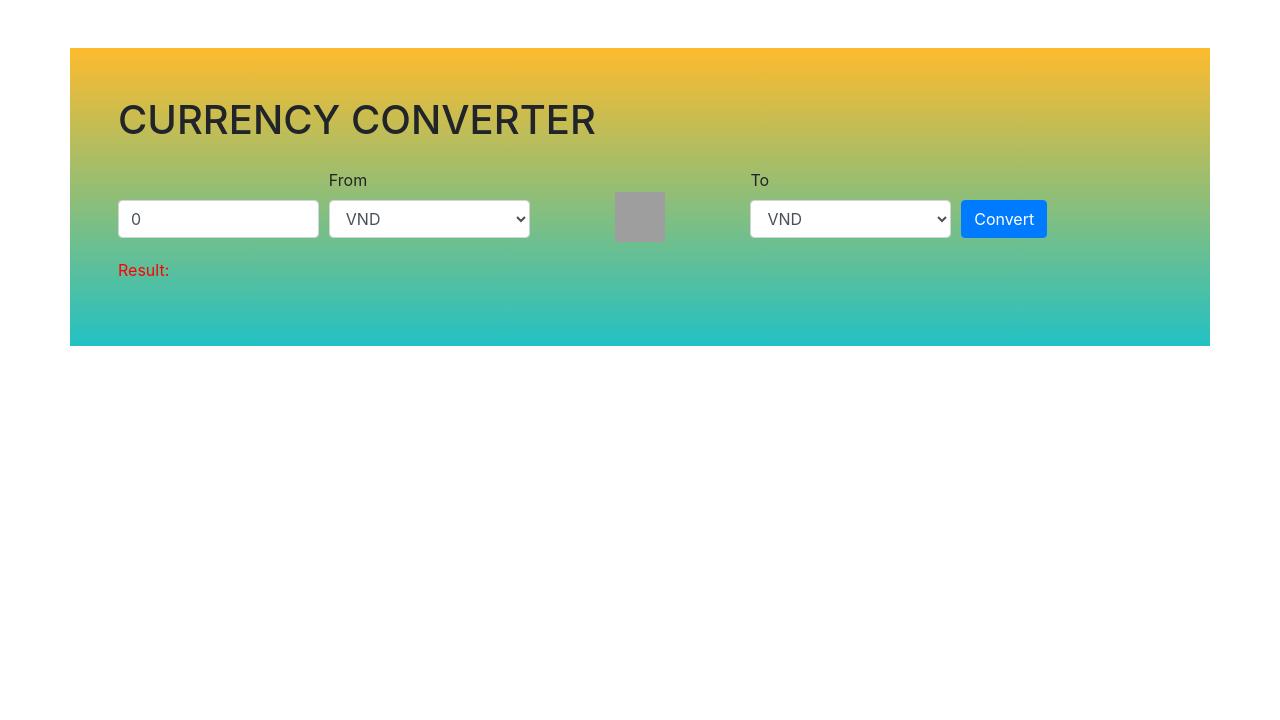
Repository: tts2610/MoneyConverter
Page: index.html
The author's editor kept a copy of each file at every save. The page is drawn from the files as they stood at one save, then again after the next save.
The browser window is 1280 px wide. The pictures show the whole page.
Pictures or frames that could not be fetched are drawn as grey boxes.

Above is the page before, as saved 2020-05-11 20:59:13.

### index.html
<!DOCTYPE html>
<html lang="en">

<head>
    <meta charset="UTF-8">
    <meta name="viewport" content="width=device-width, initial-scale=1.0">
    <title>Document</title>
    <link rel="stylesheet" href="https://maxcdn.bootstrapcdn.com/bootstrap/4.4.1/css/bootstrap.min.css">

    <!-- jQuery library -->
    <script src="https://ajax.googleapis.com/ajax/libs/jquery/3.4.1/jquery.min.js"></script>

    <!-- Popper JS -->
    <script src="https://cdnjs.cloudflare.com/ajax/libs/popper.js/1.16.0/umd/popper.min.js"></script>

    <!-- Latest compiled JavaScript -->
    <script src="https://maxcdn.bootstrapcdn.com/bootstrap/4.4.1/js/bootstrap.min.js"></script>

</head>

<body>

    <form class="container my-5 px-5 py-5" style="
    background: rgb(34,193,195);
    background: linear-gradient(0deg, rgba(34,193,195,1) 0%, rgba(253,187,45,1) 100%);
">
        <h1 class="mx-auto">CURRENCY CONVERTER</h1>
        <div class="form-row justify-content-md-center">
            <div class="col mt-5">
                <input type="number" class="form-control" placeholder="Amount" id="amount">
            </div>
            <div class="col mt-3">
                <label>From</label>
                <select class="form-control" id="fromCurrency">
            </select>
            </div>
            <div class="col mt-4 py-3" style="display: flex;justify-content: center; cursor: pointer;" onClick="swap()">
                <img src="https://cdn3.iconfinder.com/data/icons/basic-interface/100/update-512.png" width="50px" height="50px">
            </div>
            <div class="col mt-3">
                <label>To</label>
                <select class="form-control" id="toCurrency">
            </select>

            </div>
            <div class="col mt-5">
                <button type="button" class="btn btn-primary mb-2" onClick="submitAmount()">Convert</button>
            </div>
        </div>
        <p id="result" style="color: red;">Result:</p>
    </form>
    <script src="js/script.js"></script>
    <script>
    </script>
</body>

</html>

### js/script.js
/*dic = {
    fromCurrency:{
        toCurrency:[currencyRatio,locale,currencySymbol],
        toCurrency:[currencyRatio,locale,currencySymbol],
        toCurrency:[currencyRatio,locale,currencySymbol],
        .....
    },
    fromCurrency:
        .....
}*/
let dic = {
    "vnd": { "usd": [1 / 23206, "en", "USD"], "jpy": [1 / 216.703, "ja-JP", "JPY"], "krw": [1 / 18.9136, "krw", "KRW"], "idr": [1 / 1.55505, "idr", "idr"], "eur": [1 / 25111, "de-DE", "EUR"], "vnd": [1, "vi", "VND"] },
    "usd": { "vnd": [23206, "vi", "VND"], "jpy": [107.297, "ja-JP", "JPY"], "krw": [1223.80, "krw", "KRW"], "idr": [14904, "idr", "idr"], "eur": [1 / 1.08207, "de-DE", "EUR"], "usd": [1, "en", "USD"] },
    "jpy": { "vnd": [216.703, "vi", "VND"], "usd": [1 / 107.297, "en", "USD"], "krw": [11.4099, "krw", "KRW"], "idr": [138.937, "idr", "idr"], "eur": [1 / 116.054, "de-DE", "EUR"], "jpy": [1, "ja-JP", "JPY"] },
    "krw": { "vnd": [18.9136, "vi", "VND"], "usd": [1 / 1224.06, "en", "USD"], "jpy": [1 / 11.4096, "ja-JP", "JPY"], "idr": [12.1833, "idr", "idr"], "eur": [1 / 1323.75, "de-DE", "EUR"], "krw": [1, "krw", "KRW"] },
    "idr": { "vnd": [1.55505, "vi", "VND"], "usd": [1 / 14910, "en", "USD"], "jpy": [1 / 138.985, "ja-JP", "JPY"], "krw": [1 / 12.1818, "krw", "KRW"], "eur": [1 / 16134.84, "de-DE", "EUR"], "idr": [1, "idr", "idr"] },
    "eur": { "vnd": [25081, "vi", "VND"], "usd": [1.08207, "en", "USD"], "jpy": [116.054, "ja-JP", "JPY"], "idr": [16129, "idr", "idr"], "krw": [1323.75, "krw", "KRW"], "eur": [1, "de-DE", "EUR"] },
}
let isValid = false;
let from = null;
let to = null;
let amount = 0;
var fromCurrency = null;
var toCurrency = null;
$(document).ready(function() {
    fromCurrency = document.getElementById("fromCurrency");
    toCurrency = document.getElementById("toCurrency");
    document.getElementById("amount").value = 0;
    let selectList = Object.keys(dic);
    selectList.forEach(element => {
        var option = document.createElement("option");
        option.text = element.toUpperCase();
        fromCurrency.add(option);
    })
    selectList.forEach(element => {
        var option = document.createElement("option");
        option.text = element.toUpperCase();
        toCurrency.add(option);
    })

});

function swap() {
    var x = fromCurrency.value;
    fromCurrency.value = toCurrency.value;
    toCurrency.value = x;
}

function submitAmount() {
    amount = document.getElementById("amount").value;
    from = fromCurrency.value.toLowerCase();
    to = toCurrency.value.toLowerCase();
    document.getElementById("result").innerText = "Result: " + convert(from, to);
    document.getElementById("result").style.color = "red"
}

// conversion
function convert(from, to) {
    let currencyRatio = dic[from][to][0];
    let locale = dic[from][to][1];
    let currency = dic[from][to][2];
    let res = (amount * currencyRatio);
    return new Intl.NumberFormat(locale, { style: 'currency', currency: currency, maximumSignificantDigits: 3 }).format(res);
}

After the next save:
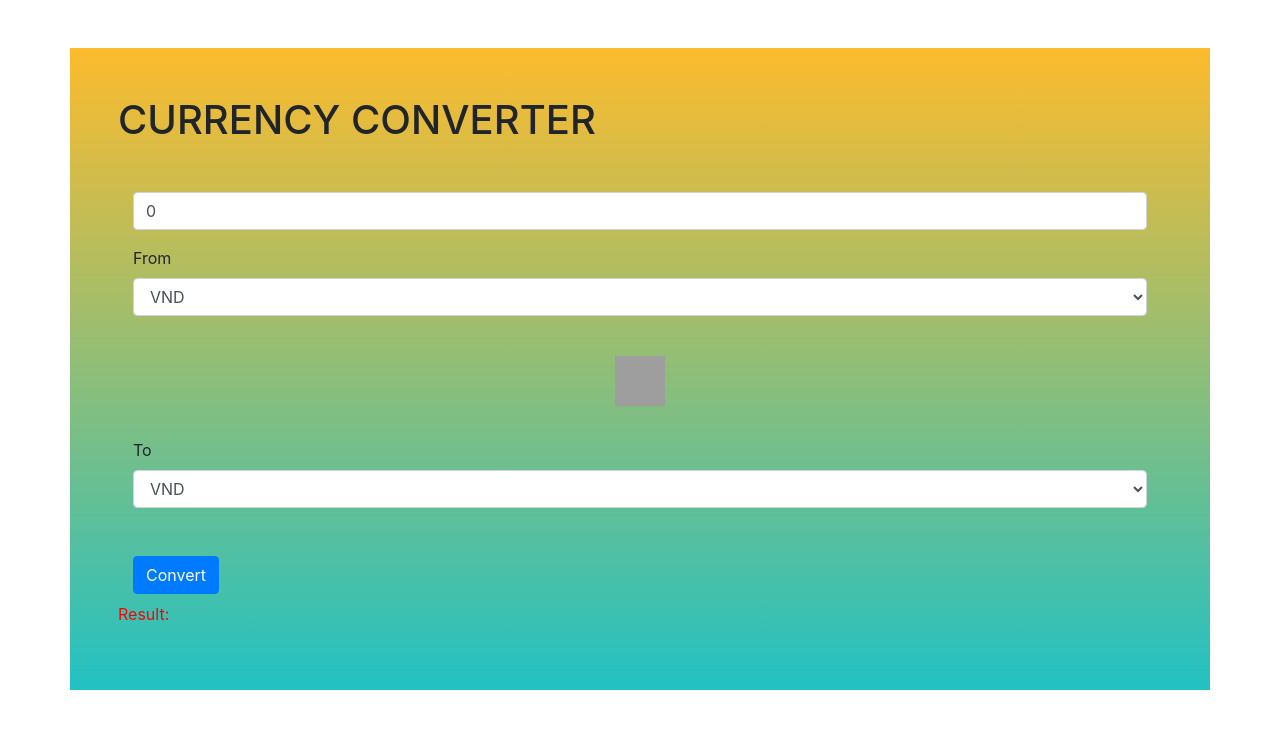
Saved 4 min 21 s later.
--- a/index.html
+++ b/index.html
@@ -25,7 +25,7 @@
     background: linear-gradient(0deg, rgba(34,193,195,1) 0%, rgba(253,187,45,1) 100%);
 ">
         <h1 class="mx-auto">CURRENCY CONVERTER</h1>
-        <div class="form-row justify-content-md-center">
+        <div class="class=" form-row justify-content-md-center px-5 mx-5 "">
             <div class="col mt-5">
                 <input type="number" class="form-control" placeholder="Amount" id="amount">
             </div>

After the save that followed:
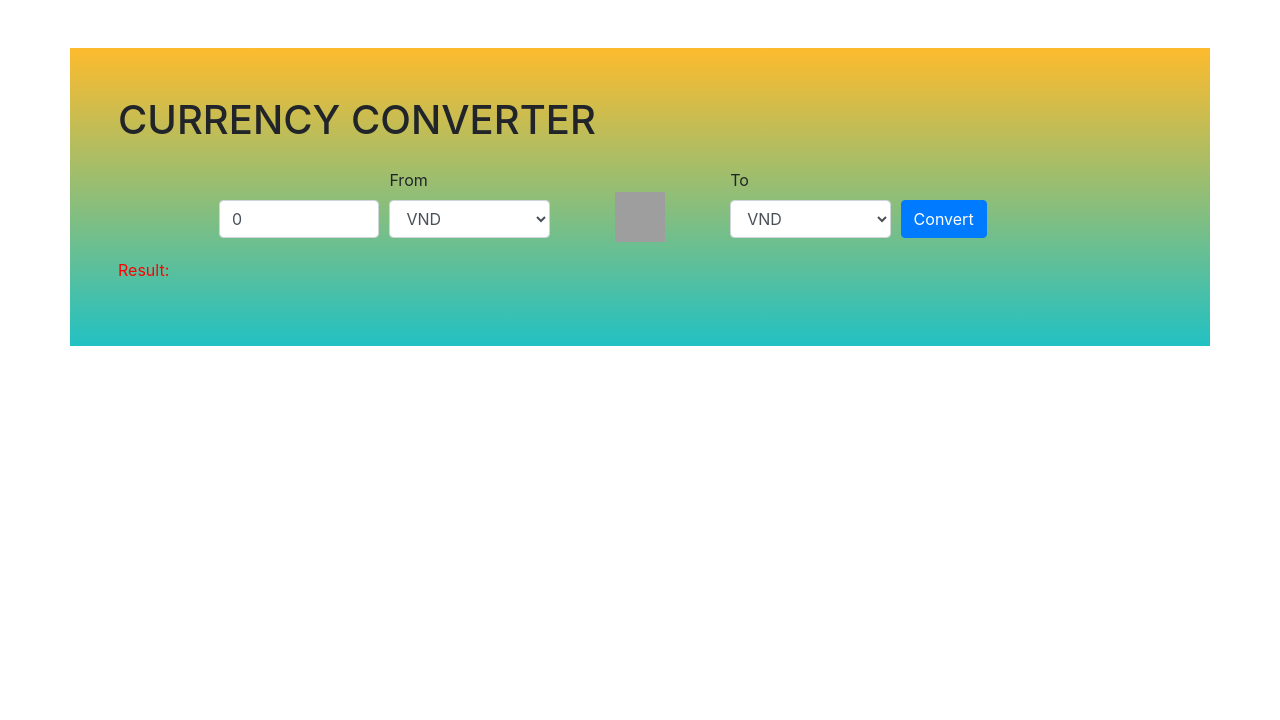
Saved 4 s later.
--- a/index.html
+++ b/index.html
@@ -25,7 +25,7 @@
     background: linear-gradient(0deg, rgba(34,193,195,1) 0%, rgba(253,187,45,1) 100%);
 ">
         <h1 class="mx-auto">CURRENCY CONVERTER</h1>
-        <div class="class=" form-row justify-content-md-center px-5 mx-5 "">
+        <div class="form-row justify-content-md-center px-5 mx-5">
             <div class="col mt-5">
                 <input type="number" class="form-control" placeholder="Amount" id="amount">
             </div>
